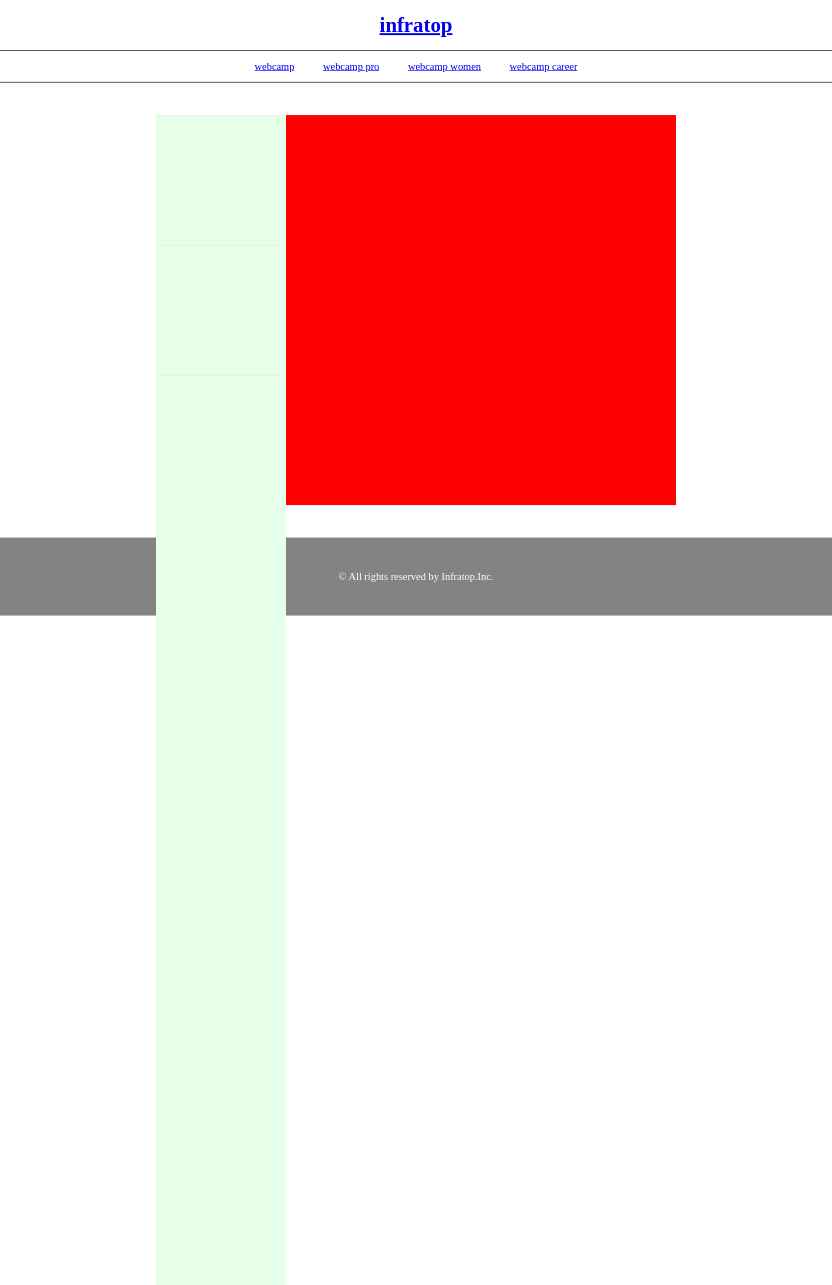
Repository: CarAll02/git-practice
Page: chapter5_exercise/index.html
The author's editor kept a record of every edit. The page is drawn from the files as they stood at one moment, then again after the next edit.
The browser window is 1280 px wide. The pictures show the whole page, at 65% of full size.

Above is the page before.

### chapter5_exercise/index.html
<!DOCTYPE html>
<html lang="ja">
  <head>
    <meta charset="UTF-8"/>
    <link rel="stylesheet" href="style.css"/>
    <title>chapter5_exercise</title>
  </head>

  <body>
    <!--header-->
    <header>
      <h1 class="heading">
        <a href="index.html">
          infratop
        </a>
      </h1>
    </header>

    <!--navigation-->
    <nav>
      <ul class="nav-list">
        <li class="nav-list-item">
          <a href="index.html">webcamp</a>
        </li>
        <li class="nav-list-item">
          <a href="index.html">webcamp pro</a>
        </li>
        <li class="nav-list-item">
          <a href="index.html">webcamp women</a>
        </li>
        <li class="nav-list-item">
          <a href="index.html">webcamp career</a>
        </li>
      </ul>
    </nav>

    <!--main用のdiv-->
    <div class="main">
      <div class="box">
        <div class="green1"></div>
        <div class="green2"></div>
        <div class="green3"></div>
        <div class="green4"></div>
        <div class="yellow1"></div>
        <div class="yellow2"></div>
        <div class="yellow3"></div>
        <div class="yellow4"></div>
        <div class="blue1"></div>
        <div class="blue2"></div>
        <div class="blue3"></div>
        <div class="blue4"></div>
      </div>
    </div>

    <!--footer-->
    <footer>
      <p class="footer-text">© All rights reserved by Infratop.Inc.</p>
    </footer>
  </body>
</html>

### chapter5_exercise/style.css
/*ブラウザがそれぞれ持っているCSSをリセットするための記述*/
* {
  margin:0;
  padding:0;
  box-sizing:border-box;
}

header{
  width:90%;
  padding:20px 0;
  margin:0 auto;
  text-align: center;
}

.nav-list{
  text-align: center;
  padding:15px 0;
  margin:0 auto;
  border:solid black;
  border-top-width: 1px;
  border-bottom-width: 1px;
  border-left-width:0px;
  border-right-width: 0px;
}

.nav-list-item{
  list-style: none;
  display: inline-block;
  margin:0 20px;
}

.main{
  width: 100%;
  height: 700px;
  display:flex;/*Flexboxの利用*/
  justify-content:center;/*子要素の横並び・中央寄せ*/
  padding:50px 0;
  margin:0 auto;/*中央寄せ（左右に余白が無いと出来ない)*/
}

.box{
  width: 800px;
  height: 600px;
  background-color: red;
}

.green1{
  width:200px;
  height: 200px;
  background-color: #e6ffe9;
}

.green2{
  width:200px;
  height: 200px;
  background-color: #e6ffe9;
}

.green3{
  width:200px;
  height: 200px;
  background-color: #e6ffe9;
}

.green4{
  width:200px;
  height: 200px;
  background-color: #e6ffe9;
}

.yellow1{
  width:200px;
  height: 200px;
  background-color: #e6ffe9;
}

.yellow2{
  width:200px;
  height: 200px;
  background-color: #e6ffe9;
}

.yellow3{
  width:200px;
  height: 200px;
  background-color: #e6ffe9;
}

.yellow4{
  width:200px;
  height: 200px;
  background-color: #e6ffe9;
}

.blue1{
  width:200px;
  height: 200px;
  background-color: #e6ffe9;
}

.blue1{
  width:200px;
  height: 200px;
  background-color: #e6ffe9;
}

.blue1{
  width:200px;
  height: 200px;
  background-color: #e6ffe9;
}

.blue1{
  width:200px;
  height: 200px;
  background-color: #e6ffe9;
}

footer{
  width:100%;
  height:120px;
  text-align: center;
  line-height: 120px;
  background-color: #848282;
}

.footer-text{
  color:#fff;
}

After the next edit:
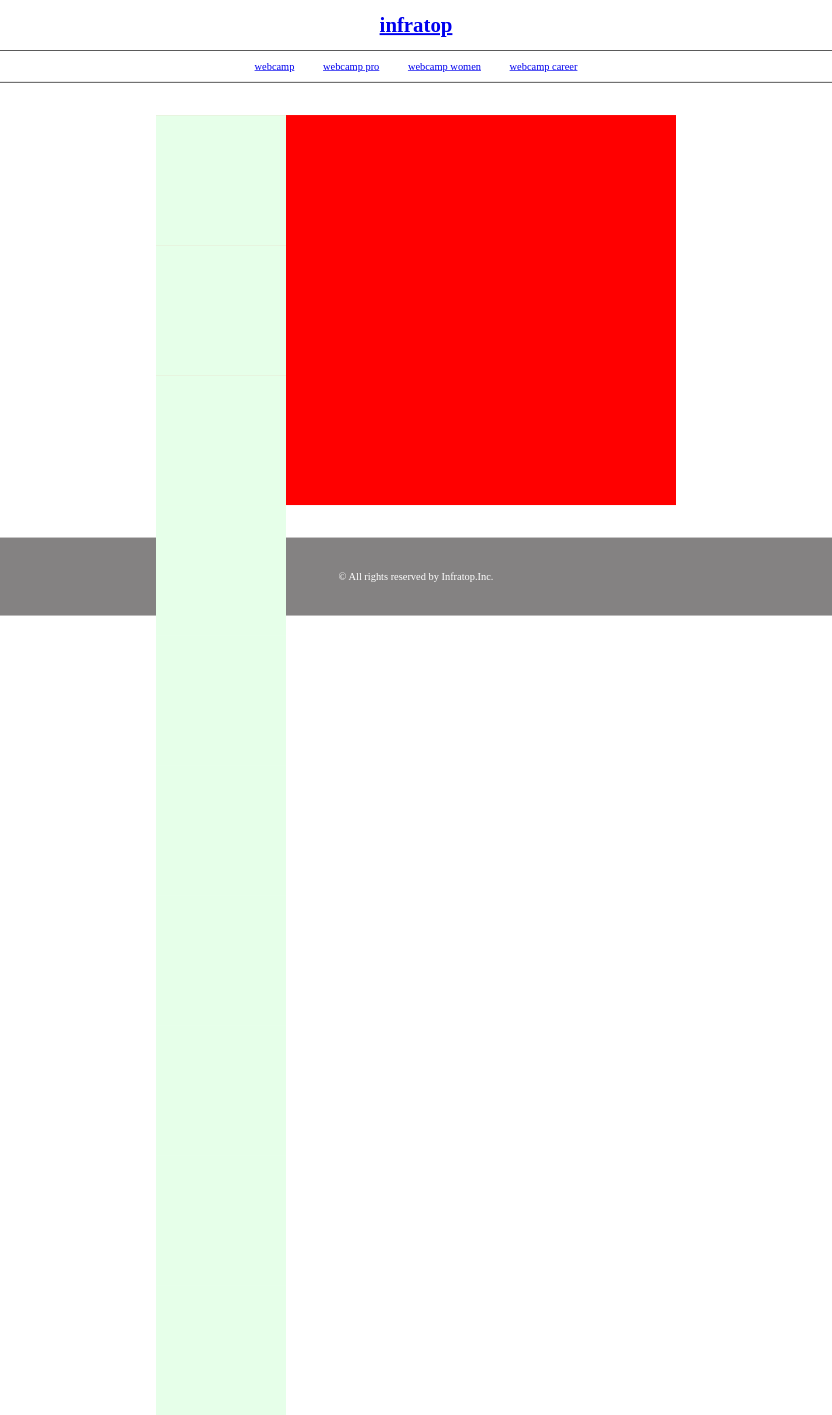
The edit:
--- a/chapter5_exercise/style.css
+++ b/chapter5_exercise/style.css
@@ -98,7 +98,7 @@
   background-color: #e6ffe9;
 }
 
-.blue1{
+.blue2{
   width:200px;
   height: 200px;
   background-color: #e6ffe9;
